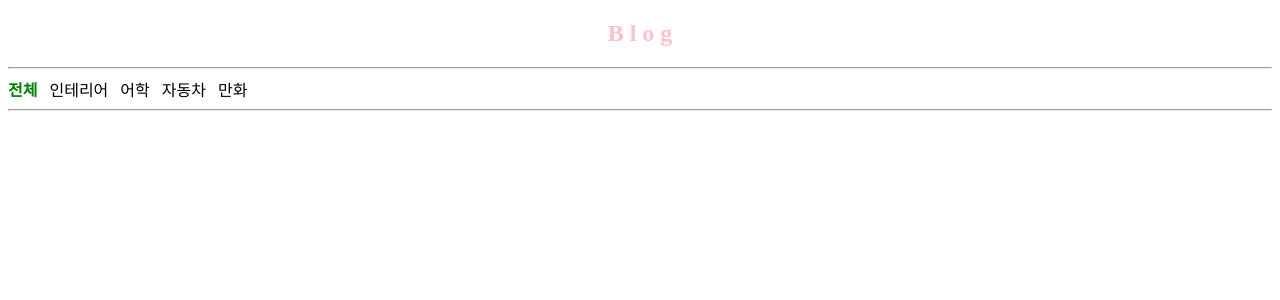
Repository: basstpgns/20201029html
Page: jsp/html/quiz04.html
An editor plug-in stored every save of this project. The page is shown before and after the next save, followed by the edit.
The browser window is 1280 px wide. The pictures show the whole page.

Above is the page before, as saved 2020-10-30 07:16:11.

After the next save:
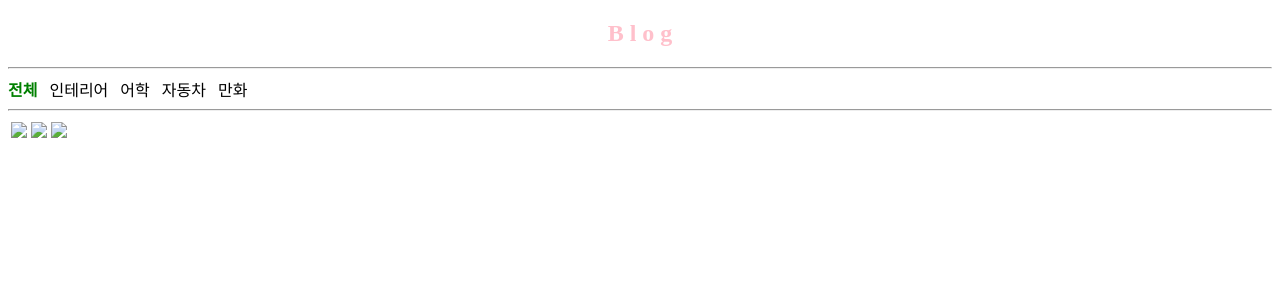
Not found: jsp/html/test01.jpg
Saved 3 min 26 s later.
--- a/jsp/html/quiz04.html
+++ b/jsp/html/quiz04.html
@@ -17,7 +17,9 @@
 	<table>
 		<tr>
 			<th>
-				<img alt="" src="">
+				<img src="test01.jpg">
+				<img src="test01.jpg">
+				<img src="test01.jpg">
 			</th>
 		<tr>
 	</table>
